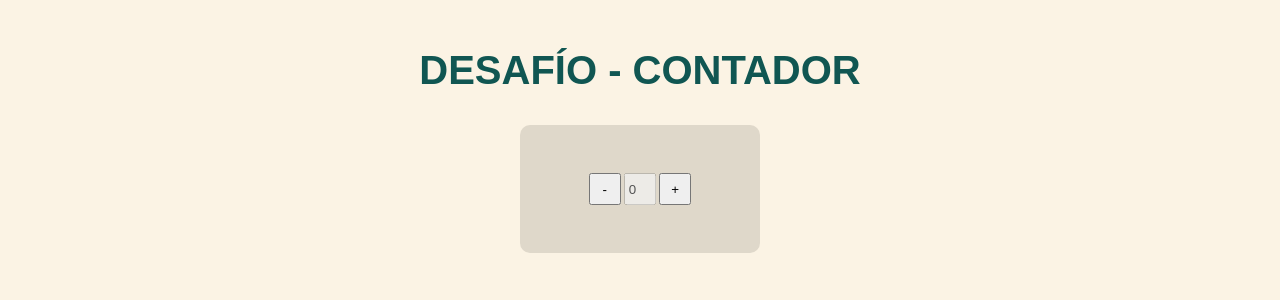
Repository: r-urchi/vue-coderhouse
Page: index.html
An editor plug-in stored every save of this project. The page is shown before and after the next save, followed by the edit.
The browser window is 1280 px wide. The pictures show the whole page.
The style sheet was rebuilt from its Sass, Less or Tailwind sources for each picture, by a compiler version that may differ from the author's.

Above is the page before, as saved 2021-11-13 11:07:19.

After the next save:
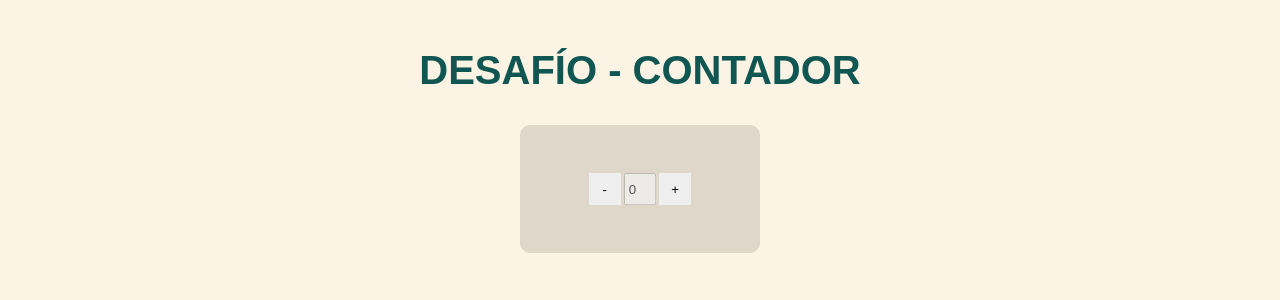
Saved 4 s later.
--- a/css/_counter.sass
+++ b/css/_counter.sass
@@ -18,4 +18,4 @@ h1
         height: 2rem
         margin: 0 .1rem
     .counter__btn
-        borde
+        border: none
